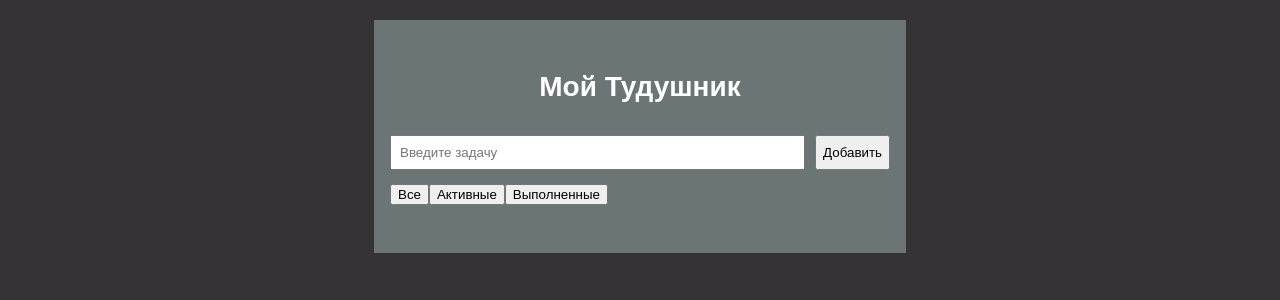
Repository: AlekCawka/-todo-project
Page: /
These files come from the project's save history. The page is drawn as it stood at one moment and after the next save; the edit follows.
The browser window is 1280 px wide. The pictures show the whole page.
The project was rebuilt for these pictures with package versions that can differ from the ones it lists, and the page was loaded fresh each time. Also part of the build but not shown: vite.config.js.

Above is the page before, as saved 2025-08-06 22:05:19.

After the next save:
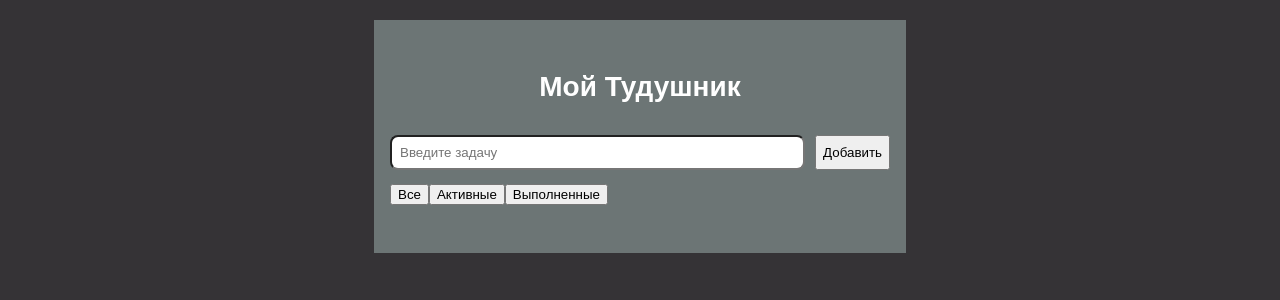
Saved 10 s later.
--- a/src/App.css
+++ b/src/App.css
@@ -28,6 +28,7 @@ body {
 .form input {
     flex: 1;
     padding: 8px;
+    border-radius: 8px;
 }
 
 /*
